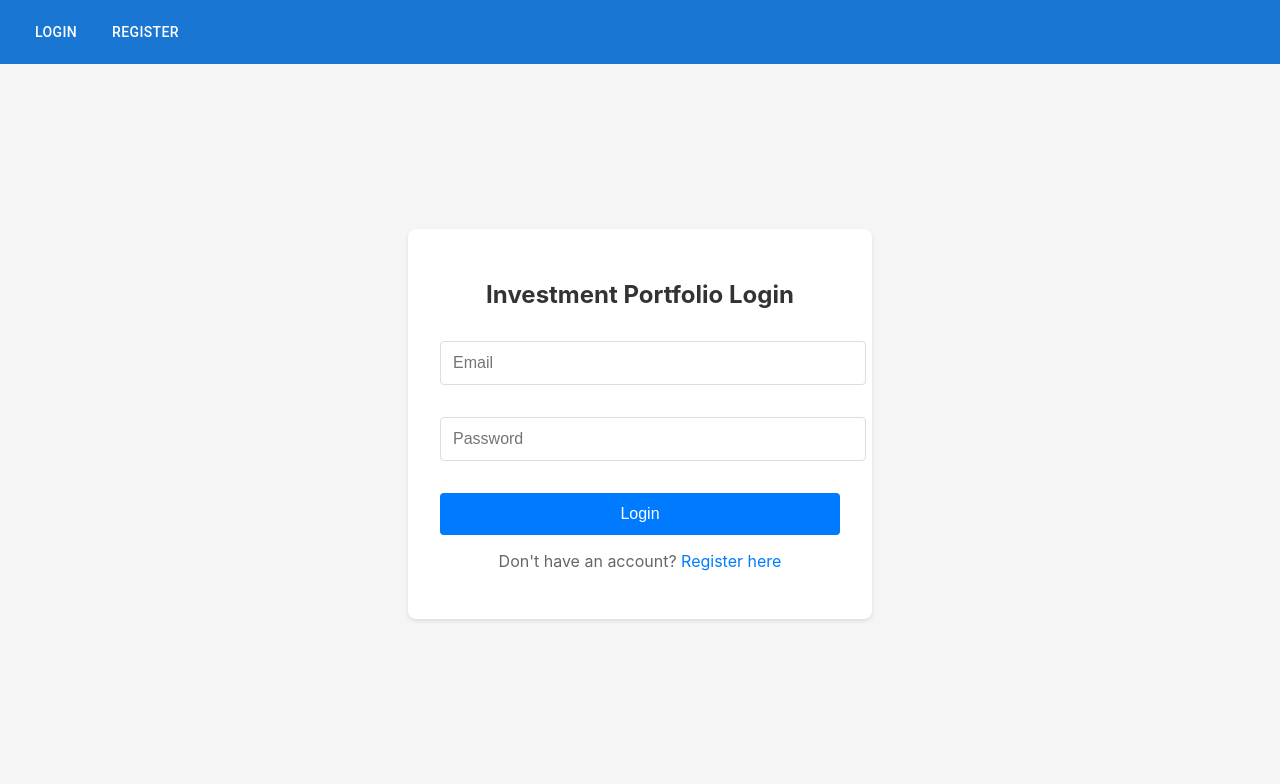
Repository: gpierre004/stock_trader_new
Page: / (app in client/)
An editor plug-in stored every save of this project. The page is shown before and after the next save, followed by the edit.
The browser window is 1280 px wide. The pictures show the whole page.
The project was rebuilt for these pictures with package versions that can differ from the ones it lists, and the page was loaded fresh each time. Also part of the build but not shown: client/src/components/analysis/MarketOverview.tsx, client/src/components/analysis/BullishStocksTable.tsx, client/src/components/analysis/BuySellSignalsTable.tsx, client/src/pages/DashboardPage.tsx, client/src/pages/PortfolioOverview.tsx, client/src/services/websocket.js, client/src/pages/RegisterPage.jsx.

Above is the page before, as saved 2024-12-13 10:51:18.

### client/src/index.tsx
import React from 'react';
import ReactDOM from 'react-dom/client';
import './index.css';
import App from './App';
import reportWebVitals from './reportWebVitals';

const rootElement = document.getElementById('root');
if (!rootElement) throw new Error('Failed to find the root element');

const root = ReactDOM.createRoot(rootElement);
root.render(
  <React.StrictMode>
    <App />
  </React.StrictMode>
);

// If you want to start measuring performance in your app, pass a function
// to log results (for example: reportWebVitals(console.log))
// or send to an analytics endpoint. Learn more: https://bit.ly/CRA-vitals
reportWebVitals();

### client/src/App.tsx
import React from 'react';
import { Provider } from 'react-redux';
import { BrowserRouter } from 'react-router-dom';
import { QueryClient, QueryClientProvider } from '@tanstack/react-query';
import store from './store/store';
import AppRoutes from './routes/AppRoutes';
import Navbar from './components/Navbar/Navbar';
import './App.css';

const queryClient = new QueryClient();

const App: React.FC = () => {
  return (
    <Provider store={store}>
      <QueryClientProvider client={queryClient}>
        <BrowserRouter>
          <div className="App">
            <Navbar />
            <AppRoutes />
          </div>
        </BrowserRouter>
      </QueryClientProvider>
    </Provider>
  );
}

export default App;

### client/src/store/store.js
import { configureStore } from '@reduxjs/toolkit';
import rootReducer from './rootReducer';

const store = configureStore({
  reducer: rootReducer,
  middleware: (getDefaultMiddleware) =>
    getDefaultMiddleware({
      serializableCheck: {
        // Ignore these action types
        ignoredActions: ['auth/login/fulfilled', 'auth/login/rejected'],
      },
    }),
  devTools: process.env.NODE_ENV !== 'production',
});

export default store;

### client/src/routes/AppRoutes.tsx
import React from 'react';
import { Routes, Route, Navigate } from 'react-router-dom';
import DashboardPage from '../pages/DashboardPage';
import PortfolioOverview from '../pages/PortfolioOverview';
import LoginPage from '../pages/LoginPage';
import RegisterPage from '../pages/RegisterPage';
import ProtectedRoute from '../components/ProtectedRoute';

const AppRoutes: React.FC = () => {
  return (
    <Routes>
      {/* Public routes */}
      <Route path="/login" element={<LoginPage />} />
      <Route path="/register" element={<RegisterPage />} />

      {/* Protected routes */}
      <Route path="/" element={
        <ProtectedRoute>
          <Navigate to="/dashboard" replace />
        </ProtectedRoute>
      } />

      <Route path="/dashboard" element={
        <ProtectedRoute>
          <DashboardPage />
        </ProtectedRoute>
      } />

      <Route path="/portfolio" element={
        <ProtectedRoute>
          <PortfolioOverview />
        </ProtectedRoute>
      } />

      {/* Catch all route - redirect to login if not authenticated */}
      <Route path="*" element={<Navigate to="/login" replace />} />
    </Routes>
  );
};

export default AppRoutes;

### client/src/components/Navbar/Navbar.jsx
import React from 'react';
import { AppBar, Toolbar, Button, Box } from '@mui/material';
import { Link, useNavigate } from 'react-router-dom';
import useAuth from '../../hooks/useAuth';

const Navbar = () => {
  const { isAuthenticated, logout } = useAuth();
  const navigate = useNavigate();

  const handleLogout = () => {
    logout();
    navigate('/login');
  };

  return (
    <AppBar position="static">
      <Toolbar>
        <Box sx={{ flexGrow: 1, display: 'flex', gap: 2 }}>
          {isAuthenticated ? (
            <>
              <Button color="inherit" component={Link} to="/">
                Dashboard
              </Button>
              <Button color="inherit" component={Link} to="/portfolio">
                Portfolio Overview
              </Button>
              <Button color="inherit" component={Link} to="/maintenance">
                Maintenance
              </Button>
            </>
          ) : (
            <>
              <Button color="inherit" component={Link} to="/login">
                Login
              </Button>
              <Button color="inherit" component={Link} to="/register">
                Register
              </Button>
            </>
          )}
        </Box>
        {isAuthenticated && (
          <Button color="inherit" onClick={handleLogout}>
            Logout
          </Button>
        )}
      </Toolbar>
    </AppBar>
  );
};

export default Navbar;

### client/src/store/rootReducer.js
import { combineReducers } from '@reduxjs/toolkit';
import authReducer from '../features/Auth/authSlice';

const rootReducer = combineReducers({
  auth: authReducer,
  // Add other reducers here as needed
});

export default rootReducer;

### client/src/pages/LoginPage.jsx
import React, { useState } from 'react';
import { useNavigate } from 'react-router-dom';
import { useDispatch } from 'react-redux';
import { login } from '../features/Auth/authSlice';
import Input from '../components/Input/Input';
import Button from '../components/Button/Button';

const LoginPage = () => {
  const [formData, setFormData] = useState({
    email: '',
    password: ''
  });
  const [error, setError] = useState('');
  const navigate = useNavigate();
  const dispatch = useDispatch();

  const handleChange = (e) => {
    setFormData({
      ...formData,
      [e.target.name]: e.target.value
    });
  };

  const handleSubmit = async (e) => {
    e.preventDefault();
    setError('');

    try {
      const result = await dispatch(login(formData)).unwrap();
      if (result) {
        navigate('/dashboard');
      }
    } catch (err) {
      setError(err.message || 'Login failed. Please try again.');
    }
  };

  return (
    <div style={styles.container}>
      <div style={styles.formContainer}>
        <h2 style={styles.title}>Investment Portfolio Login</h2>
        {error && <p style={styles.error}>{error}</p>}
        <form onSubmit={handleSubmit} style={styles.form}>
          <Input
            type="email"
            name="email"
            placeholder="Email"
            value={formData.email}
            onChange={handleChange}
            required
            autoComplete="email"
          />
          <Input
            type="password"
            name="password"
            placeholder="Password"
            value={formData.password}
            onChange={handleChange}
            required
            autoComplete="current-password"
          />
          <Button type="submit">Login</Button>
        </form>
        <p style={styles.registerLink}>
          Don't have an account?{' '}
          <span
            onClick={() => navigate('/register')}
            style={styles.link}
          >
            Register here
          </span>
        </p>
      </div>
    </div>
  );
};

const styles = {
  container: {
    display: 'flex',
    justifyContent: 'center',
    alignItems: 'center',
    minHeight: '100vh',
    backgroundColor: '#f5f5f5'
  },
  formContainer: {
    padding: '2rem',
    backgroundColor: 'white',
    borderRadius: '8px',
    boxShadow: '0 2px 4px rgba(0, 0, 0, 0.1)',
    width: '100%',
    maxWidth: '400px'
  },
  title: {
    textAlign: 'center',
    marginBottom: '2rem',
    color: '#333'
  },
  form: {
    display: 'flex',
    flexDirection: 'column',
    gap: '1rem'
  },
  error: {
    color: 'red',
    textAlign: 'center',
    marginBottom: '1rem'
  },
  registerLink: {
    textAlign: 'center',
    marginTop: '1rem',
    color: '#666'
  },
  link: {
    color: '#007bff',
    cursor: 'pointer',
    '&:hover': {
      textDecoration: 'underline'
    }
  }
};

export default LoginPage;

### client/src/components/ProtectedRoute.jsx
import React from 'react';
import { Navigate } from 'react-router-dom';
import useAuth from '../hooks/useAuth';

const ProtectedRoute = ({ children }) => {
  const { isAuthenticated } = useAuth();

  if (!isAuthenticated) {
    return <Navigate to="/login" replace />;
  }

  return children;
};

export default ProtectedRoute;

### client/src/hooks/useAuth.js
import { useSelector, useDispatch } from 'react-redux';
import { logout as logoutAction } from '../features/Auth/authSlice';

const useAuth = () => {
  const dispatch = useDispatch();
  const { isAuthenticated, user, token } = useSelector((state) => state.auth);

  const logout = () => {
    dispatch(logoutAction());
  };

  return {
    isAuthenticated,
    user,
    token,
    logout
  };
};

export default useAuth;

### client/src/features/Auth/authSlice.js
import { createSlice, createAsyncThunk } from '@reduxjs/toolkit';
import authService from './authService';

// Helper function to get initial auth state
const getInitialState = () => {
  const token = localStorage.getItem('token');
  return {
    user: null,
    token: token,
    isAuthenticated: !!token,
    isLoading: false,
    error: null
  };
};

export const login = createAsyncThunk('auth/login', async (userData, thunkAPI) => {
  try {
    return await authService.login(userData);
  } catch (error) {
    return thunkAPI.rejectWithValue(error.response.data);
  }
});

const authSlice = createSlice({
  name: 'auth',
  initialState: getInitialState(),
  reducers: {
    logout: (state) => {
      state.user = null;
      state.token = null;
      state.isAuthenticated = false;
      state.error = null;
      authService.logout(); // This will handle both API call and localStorage cleanup
    },
    // Add a reducer to handle token expiration or invalid token
    clearAuth: (state) => {
      state.user = null;
      state.token = null;
      state.isAuthenticated = false;
      state.error = null;
      localStorage.removeItem('token');
    }
  },
  extraReducers: (builder) => {
    builder
      .addCase(login.pending, (state) => {
        state.isLoading = true;
        state.error = null;
      })
      .addCase(login.fulfilled, (state, action) => {
        state.isLoading = false;
        state.isAuthenticated = true;
        state.user = action.payload.user;
        state.token = action.payload.token;
        state.error = null;
      })
      .addCase(login.rejected, (state, action) => {
        state.isLoading = false;
        state.isAuthenticated = false;
        state.user = null;
        state.token = null;
        state.error = action.payload;
      });
  },
});

export const { logout, clearAuth } = authSlice.actions;
export default authSlice.reducer;

### client/src/services/api.js
import axios from 'axios';
import store from '../store/store';
import { clearAuth } from '../features/Auth/authSlice';

const api = axios.create({
  baseURL: 'http://localhost:3001/api',
  headers: {
    'Content-Type': 'application/json'
  },
  timeout: 10000,
  // Only treat 2xx status codes as successful
  validateStatus: function (status) {
    return status >= 200 && status < 300;
  }
});

// Add a request interceptor to attach the token
api.interceptors.request.use(
  (config) => {
    // Log outgoing requests in development
    if (process.env.NODE_ENV === 'development') {
      console.log('API Request:', {
        method: config.method,
        url: config.url,
        data: config.data,
        headers: config.headers
      });
    }

    const token = localStorage.getItem('token');
    if (token) {
      config.headers.Authorization = `Bearer ${token}`;
    }
    return config;
  },
  (error) => {
    console.error('API Request Error:', error);
    return Promise.reject(error);
  }
);

// Add a response interceptor to handle common errors
api.interceptors.response.use(
  (response) => {
    // Log responses in development
    if (process.env.NODE_ENV === 'development') {
      console.log('API Response:', {
        status: response.status,
        data: response.data,
        headers: response.headers
      });
    }
    return response;
  },
  (error) => {
    // Log errors in development
    if (process.env.NODE_ENV === 'development') {
      console.error('API Error:', {
        message: error.message,
        response: error.response?.data,
        status: error.response?.status
      });
    }

    if (error.response?.status === 401) {
      // Dispatch clearAuth action to clean up Redux state
      store.dispatch(clearAuth());
      // Only redirect to login if we're not already on the login page
      if (!window.location.pathname.includes('/login')) {
        window.location.href = '/login';
      }
    }

    // Enhance error message based on the type of error
    if (error.response) {
      // Server responded with an error status code
      error.message = error.response.data.error || error.response.data.message || 'Server error occurred';
    } else if (error.request) {
      // Request was made but no response received
      error.message = 'No response received from server. Please check if the server is running.';
    }

    return Promise.reject(error);
  }
);

export default api;

### client/src/components/Input/Input.jsx
import React from 'react';

const Input = ({ type, name, placeholder, value, onChange, required }) => {
  return (
    <input
      type={type}
      name={name}
      placeholder={placeholder}
      value={value}
      onChange={onChange}
      required={required}
      style={styles.input}
    />
  );
};

const styles = {
  input: {
    width: '100%',
    padding: '0.75rem',
    marginBottom: '1rem',
    border: '1px solid #ddd',
    borderRadius: '4px',
    fontSize: '1rem',
    '&:focus': {
      outline: 'none',
      borderColor: '#007bff',
    },
  },
};

export default Input;

### client/src/components/Button/Button.jsx
import React from 'react';

const Button = ({ children, type = 'button', onClick }) => {
  return (
    <button
      type={type}
      onClick={onClick}
      style={styles.button}
    >
      {children}
    </button>
  );
};

const styles = {
  button: {
    width: '100%',
    padding: '0.75rem',
    backgroundColor: '#007bff',
    color: 'white',
    border: 'none',
    borderRadius: '4px',
    fontSize: '1rem',
    cursor: 'pointer',
    transition: 'background-color 0.2s',
    '&:hover': {
      backgroundColor: '#0056b3',
    },
    '&:focus': {
      outline: 'none',
      boxShadow: '0 0 0 2px rgba(0,123,255,0.25)',
    },
  },
};

export default Button;

### client/src/features/Auth/authService.js
import api from '../../services/api';

const login = async (userData) => {
  try {
    console.log('Attempting login for:', userData.email);

    if (!userData.email || !userData.password) {
      throw new Error('Email and password are required');
    }

    const response = await api.post('/users/login', userData);
    console.log('Login response received:', {
      status: response.status,
      hasToken: !!response.data.token
    });

    if (!response.data.token) {
      throw new Error('No token received from server');
    }

    localStorage.setItem('token', response.data.token);
    return response.data;
  } catch (error) {
    console.error('Login error:', {
      message: error.message,
      response: error.response?.data,
      status: error.response?.status
    });

    // Enhance error message based on the error type
    if (error.response?.status === 401) {
      throw new Error('Invalid email or password');
    } else if (error.response?.status === 404) {
      throw new Error('Login service not found. Please check if the server is running.');
    } else if (!error.response && error.message === 'Network Error') {
      throw new Error('Unable to connect to server. Please check if the server is running.');
    }

    throw error;
  }
};

const register = async (userData) => {
  try {
    console.log('Registering user with data:', {
      ...userData,
      password: '[REDACTED]'
    });
    const response = await api.post('/users/register', userData);
    console.log('Registration response:', response.data);
    return response.data;
  } catch (error) {
    console.error('Registration error in service:', error);
    throw error;
  }
};

const logout = async () => {
  try {
    // Attempt to logout on the server
    await api.post('/users/logout');
  } catch (error) {
    console.error('Logout error:', error);
  } finally {
    // Always clear local storage, even if server logout fails
    localStorage.removeItem('token');
  }
};

const authService = {
  login,
  register,
  logout
};

export default authService;

Loaded but not shown: client/public/index.html (common file); client/src/index.css (common file); client/src/reportWebVitals.js (common file); client/src/App.css (common file)

After the next save:
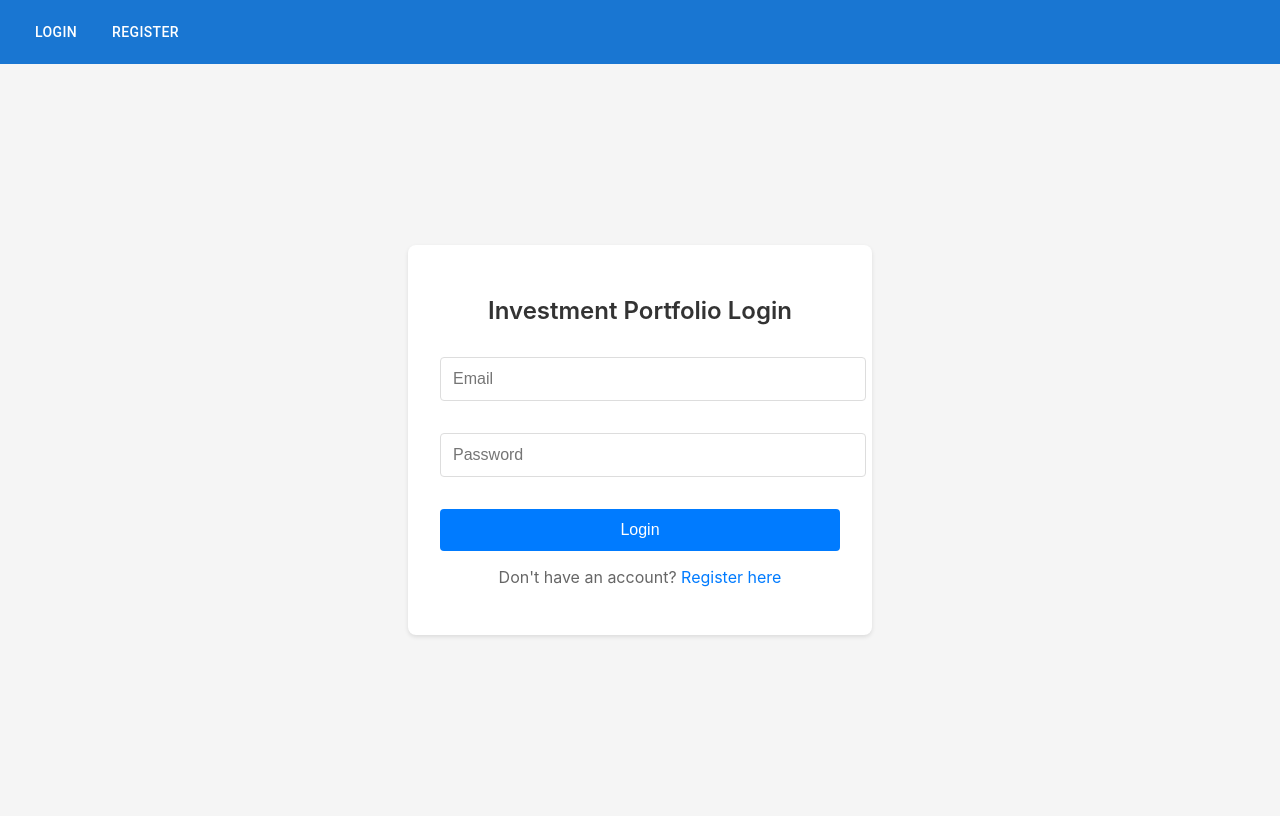
Saved 36 s later.
--- a/client/src/pages/LoginPage.jsx
+++ b/client/src/pages/LoginPage.jsx
@@ -11,6 +11,7 @@ const LoginPage = () => {
     password: ''
   });
   const [error, setError] = useState('');
+  const [isLoading, setIsLoading] = useState(false);
   const navigate = useNavigate();
   const dispatch = useDispatch();
 
@@ -19,19 +20,35 @@ const LoginPage = () => {
       ...formData,
       [e.target.name]: e.target.value
     });
+    setError(''); // Clear error when user types
   };
 
   const handleSubmit = async (e) => {
     e.preventDefault();
     setError('');
+    setIsLoading(true);
 
     try {
-      const result = await dispatch(login(formData)).unwrap();
-      if (result) {
+      console.log('Attempting login with:', { email: formData.email, password: '****' });
+      const actionResult = await dispatch(login(formData));
+
+      console.log('Login action result:', actionResult);
+
+      if (actionResult.error) {
+        throw new Error(actionResult.error.message || 'Login failed');
+      }
+
+      if (actionResult.payload) {
+        console.log('Login successful, navigating to dashboard');
         navigate('/dashboard');
+      } else {
+        throw new Error('No response from server');
       }
     } catch (err) {
+      console.error('Login error:', err);
       setError(err.message || 'Login failed. Please try again.');
+    } finally {
+      setIsLoading(false);
     }
   };
 
@@ -39,7 +56,7 @@ const LoginPage = () => {
     <div style={styles.container}>
       <div style={styles.formContainer}>
         <h2 style={styles.title}>Investment Portfolio Login</h2>
-        {error && <p style={styles.error}>{error}</p>}
+        {error && <div style={styles.error}>{error}</div>}
         <form onSubmit={handleSubmit} style={styles.form}>
           <Input
             type="email"
@@ -49,6 +66,7 @@ const LoginPage = () => {
             onChange={handleChange}
             required
             autoComplete="email"
+            style={styles.input}
           />
           <Input
             type="password"
@@ -58,8 +76,15 @@ const LoginPage = () => {
             onChange={handleChange}
             required
             autoComplete="current-password"
+            style={styles.input}
           />
-          <Button type="submit">Login</Button>
+          <Button
+            type="submit"
+            disabled={isLoading}
+            style={styles.button}
+          >
+            {isLoading ? 'Logging in...' : 'Login'}
+          </Button>
         </form>
         <p style={styles.registerLink}>
           Don't have an account?{' '}
@@ -81,7 +106,8 @@ const styles = {
     justifyContent: 'center',
     alignItems: 'center',
     minHeight: '100vh',
-    backgroundColor: '#f5f5f5'
+    backgroundColor: '#f5f5f5',
+    padding: '1rem'
   },
   formContainer: {
     padding: '2rem',
@@ -94,17 +120,51 @@ const styles = {
   title: {
     textAlign: 'center',
     marginBottom: '2rem',
-    color: '#333'
+    color: '#333',
+    fontSize: '1.5rem',
+    fontWeight: '600'
   },
   form: {
     display: 'flex',
     flexDirection: 'column',
     gap: '1rem'
   },
+  input: {
+    width: '100%',
+    padding: '0.75rem',
+    border: '1px solid #ddd',
+    borderRadius: '4px',
+    fontSize: '1rem',
+    '&:focus': {
+      borderColor: '#007bff',
+      outline: 'none'
+    }
+  },
+  button: {
+    width: '100%',
+    padding: '0.75rem',
+    backgroundColor: '#007bff',
+    color: 'white',
+    border: 'none',
+    borderRadius: '4px',
+    fontSize: '1rem',
+    cursor: 'pointer',
+    '&:hover': {
+      backgroundColor: '#0056b3'
+    },
+    '&:disabled': {
+      backgroundColor: '#ccc',
+      cursor: 'not-allowed'
+    }
+  },
   error: {
-    color: 'red',
-    textAlign: 'center',
-    marginBottom: '1rem'
+    color: '#dc3545',
+    backgroundColor: '#f8d7da',
+    border: '1px solid #f5c6cb',
+    borderRadius: '4px',
+    padding: '0.75rem',
+    marginBottom: '1rem',
+    textAlign: 'center'
   },
   registerLink: {
     textAlign: 'center',
@@ -114,6 +174,7 @@ const styles = {
   link: {
     color: '#007bff',
     cursor: 'pointer',
+    textDecoration: 'none',
     '&:hover': {
       textDecoration: 'underline'
     }
